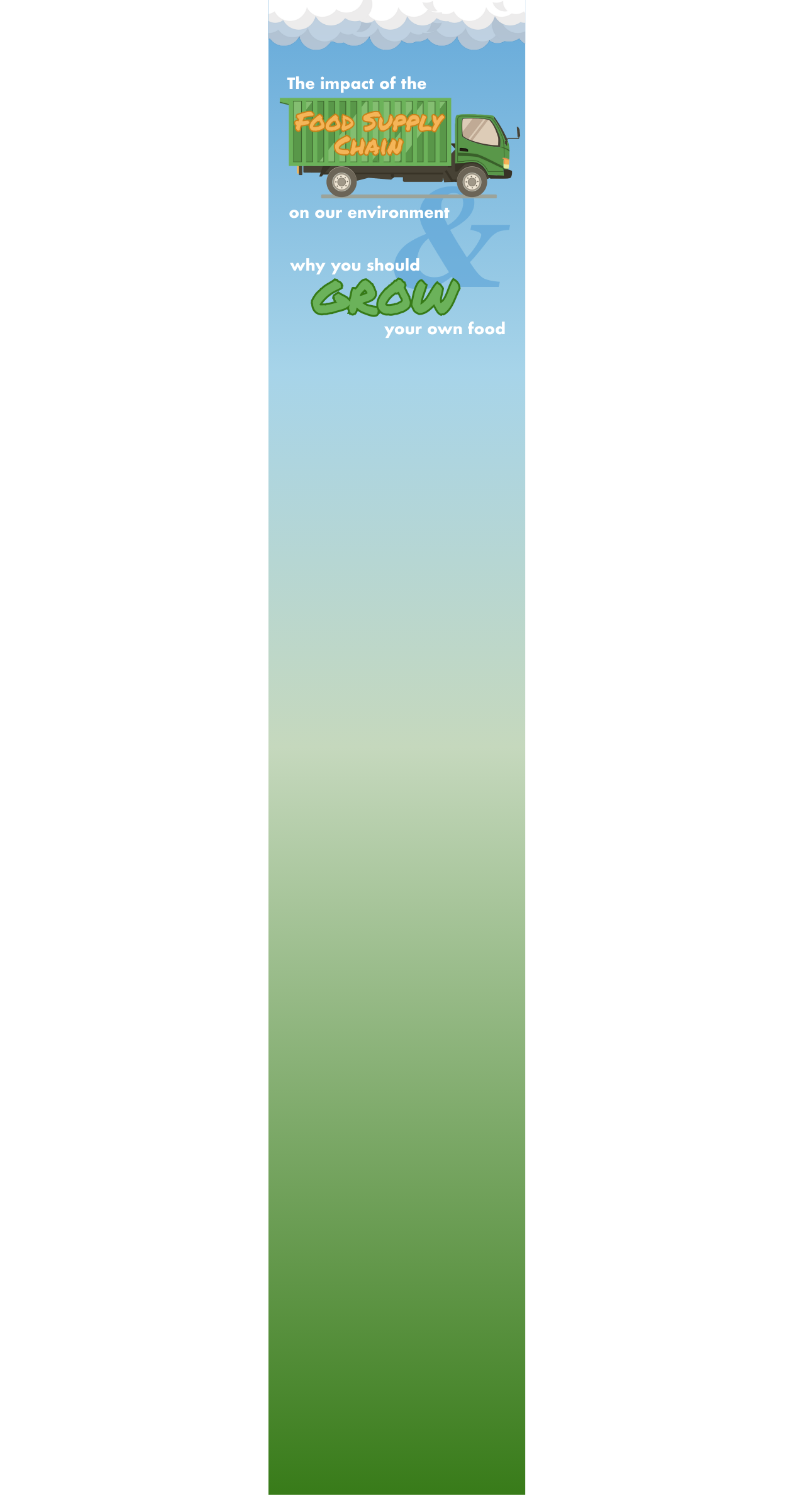
Repository: zoelake/DCDmidterm
Page: page1/index.html
These files come from the project's save history. The page is drawn as it stood at one moment and after the next save; the edit follows.
The browser window is 1280 px wide. The pictures show the whole page, at 62% of full size.

Above is the page before, as saved 2021-03-05 17:02:42.

After the next save:
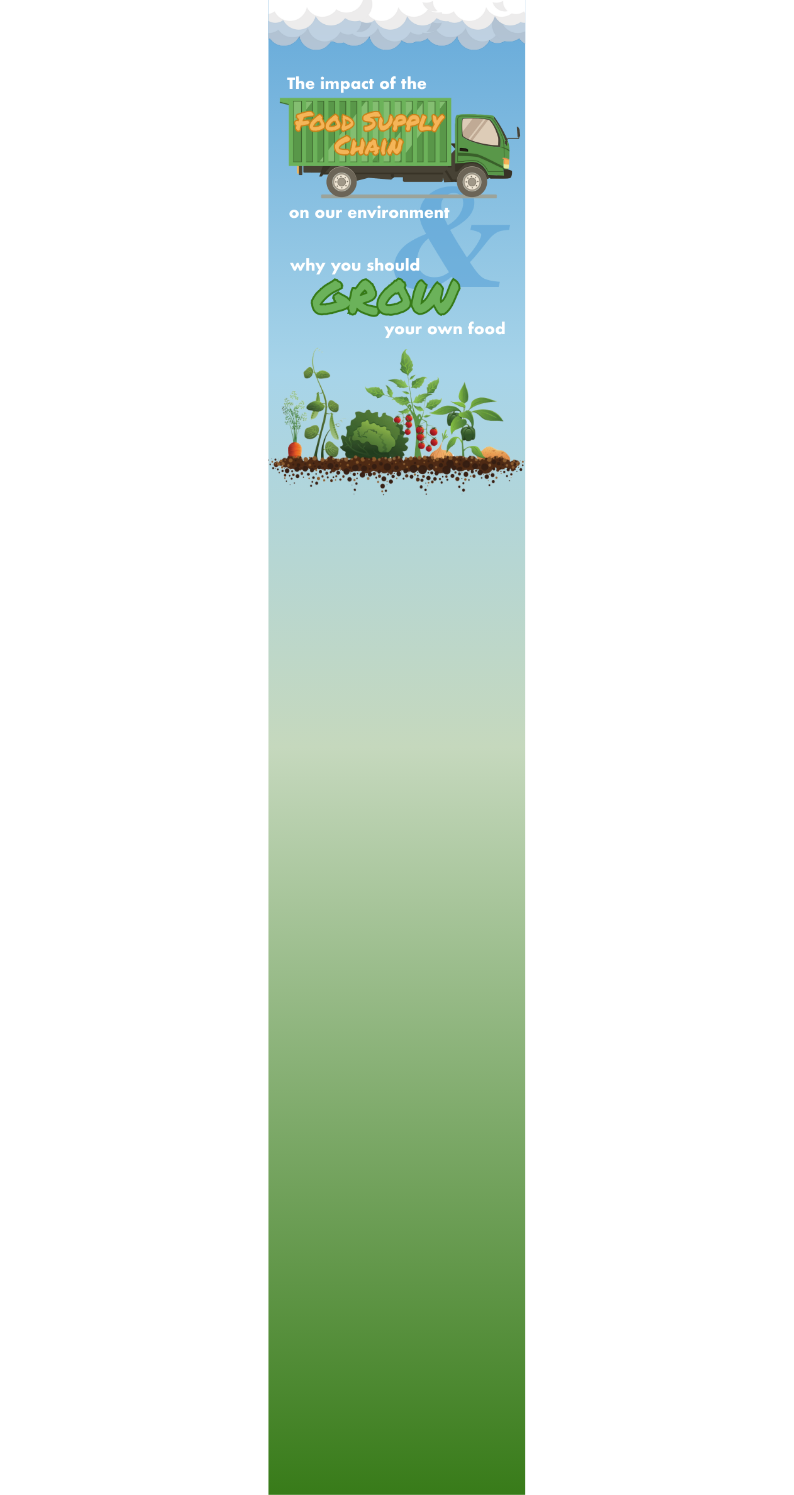
Saved 49 s later.
--- a/page1/index.html
+++ b/page1/index.html
@@ -16,6 +16,7 @@
     <div id="main">
         <img id="cloud" src="images/cloud.png">
         <img id="graphic1" src="images/graphic1.png">
+        <img id="garden" src="images/garden.png">
     </div>
 
 </body>
